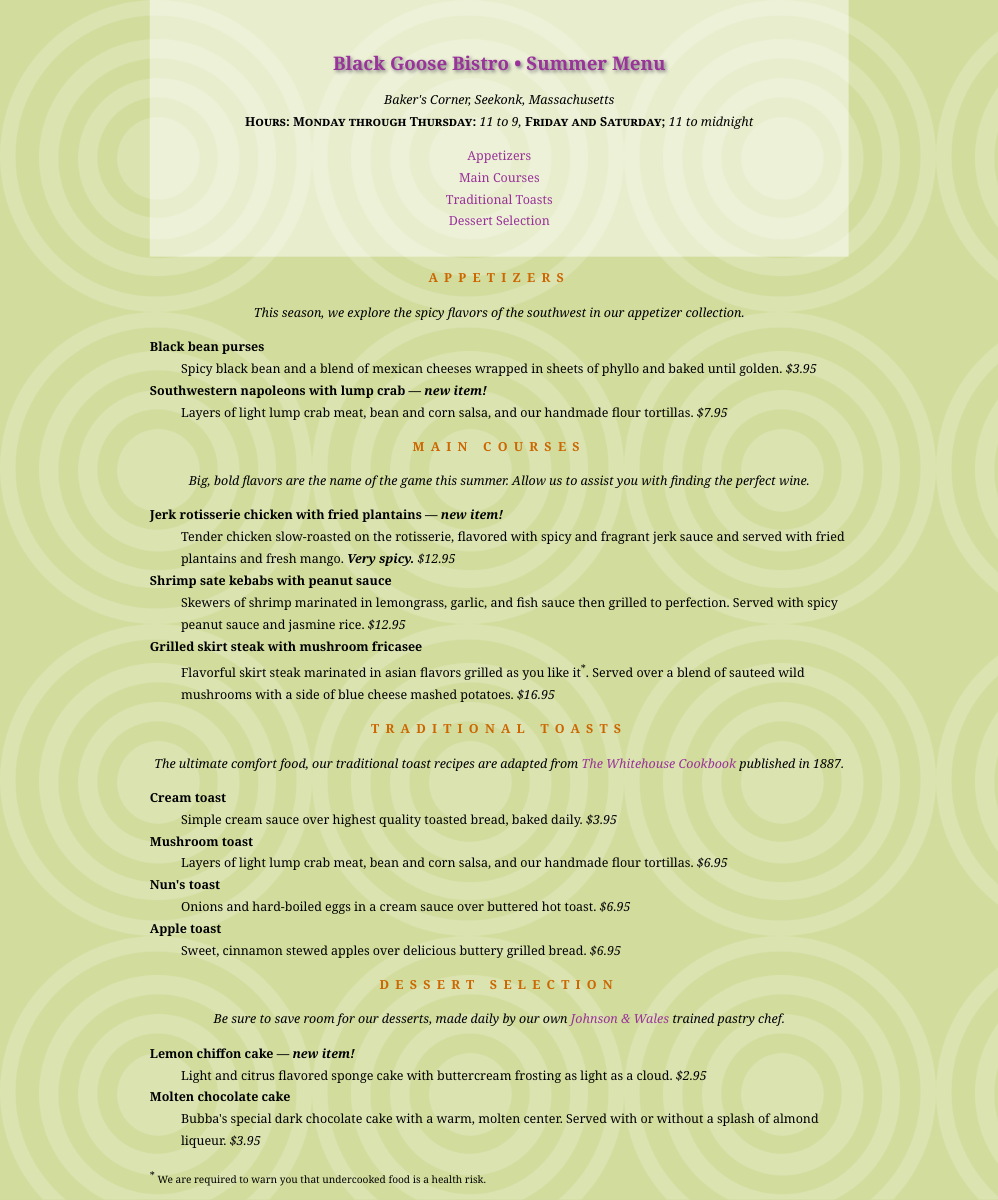
Repository: Colo-Codes/code-practice
Page: 02-css-practice-3.html
These files come from the project's save history. The page is drawn as it stood at one moment and after the next save; the edit follows.
The browser window is 1280 px wide. The pictures show the whole page, at 78% of full size.
Some web fonts or font styles are not loaded; a fallback is used.

Above is the page before, as saved 2021-05-06 12:55:30.

### 02-css-practice-3.html
<!DOCTYPE html >
<html>

<head>
<meta charset="utf-8">
<title>Black Goose Bistro Summer Menu</title>
<link href='http://fonts.googleapis.com/css?family=Marko+One' rel='stylesheet' type='text/css'>
<style>
body {
  font-family: Georgia, serif;
  font-size: 100%;
  line-height: 175%;
  margin: 0 15% 0;
  background-color: #d2dc9d;
  background-image: url(./assets/img/bullseye.png);
}
header {
  margin-top: 0;
  padding: 3em 1em 2em 1em;
  text-align: center;
  background-color: rgba(255, 255, 255, .5);
}

/* For link, the order is important */
a {
  text-decoration: none;
  color: #939;
}
a:visited {
  color: #937393;
}
a:focus {
  color: #c700f2;
  background-color: #fff;
}
a:hover {
  color: #c700f2;
  background-color: #fff;
}
a:active {
  color: #f0f;
  background-color: rgba(255, 255, 255, .5);
}


h1 {
  font: bold 1.5em Georgia, serif;
  text-shadow: .1em .1em .2em gray;
  color: #939;
}
h2 {
  font-size: 1em;
  text-transform: uppercase;
  letter-spacing: .5em;
  text-align: center;
  color: #c60;
}
dt {
  font-weight: bold;
}
strong {
  font-style: italic;
}
ul {
	list-style-type: none;
	margin: 0;
	padding: 0;
}
#info p {
  font-style: italic;
}
.price {
  font-family: Georgia, serif;
  font-style: italic;
}
p.warning, sup {
  font-size: small;
}
.label {
  font-weight: bold;
  font-variant: small-caps;
  font-style: normal;
}

h2 + p {
  text-align: center;
  font-style: italic;
}


</style>
</head>

<body>

<header>
<h1>Black Goose Bistro &bull; Summer Menu</h1>

<div id="info">
<p>Baker's Corner, Seekonk, Massachusetts<br>
<span class="label">Hours: Monday through Thursday:</span> 11 to 9, <span class="label">Friday and Saturday;</span> 11 to midnight</p>
<ul>
<li><a href="#appetizers">Appetizers</a></li>
<li><a href="#entrees">Main Courses</a></li>
<li><a href="#toast">Traditional Toasts</a></li>
<li><a href="#dessert">Dessert Selection</a></li>
</ul>
</div>
</header>

<section id="appetizers">
<h2>Appetizers</h2>
<p>This season, we explore the spicy flavors of the southwest in our appetizer collection.</p>

<dl>
<dt>Black bean purses</dt>
<dd>Spicy black bean and a blend of mexican cheeses wrapped in sheets of phyllo and baked until golden. <span class="price">$3.95</span></dd>

<dt class="newitem">Southwestern napoleons with lump crab &mdash; <strong>new item!</strong></dt>
<dd>Layers of light lump crab meat, bean and corn salsa, and our handmade flour tortillas. <span class="price">$7.95</span></dd>
</dl>
</section>

<section id="entrees">

<h2>Main courses</h2>
<p>Big, bold flavors are the name of the game this summer. Allow us to assist you with finding the perfect wine.</p>


<dl>

<dt class="newitem">Jerk rotisserie chicken with fried plantains &mdash; <strong>new item!</strong></dt>
<dd>Tender chicken slow-roasted on the rotisserie, flavored with spicy and fragrant jerk sauce and served with fried plantains and fresh mango. <strong>Very spicy.</strong> <span class="price">$12.95</span></dd>

<dt>Shrimp sate kebabs with peanut sauce</dt>
<dd>Skewers of shrimp marinated in lemongrass, garlic, and fish sauce then grilled to perfection. Served with spicy peanut sauce and jasmine rice. <span class="price">$12.95</span></dd>

<dt>Grilled skirt steak with mushroom fricasee</dt>
<dd>Flavorful skirt steak marinated in asian flavors grilled as you like it<sup>*</sup>. Served over a blend of sauteed wild mushrooms with a side of blue cheese mashed potatoes. <span class="price">$16.95</span></dd>
</dl>

</section>

<section id="toast">
<h2>Traditional Toasts</h2>
<p>The ultimate comfort food, our traditional toast recipes are adapted from <a href="http://www.gutenberg.org/files/13923/13923-h/13923-h.htm"><cite>The Whitehouse Cookbook</cite></a> published in 1887.</p>

<dl>
<dt>Cream toast</dt>
<dd>Simple cream sauce over highest quality toasted bread, baked daily. <span class="price">$3.95</span></dd>

<dt>Mushroom toast</dt>
<dd>Layers of light lump crab meat, bean and corn salsa, and our handmade flour tortillas. <span class="price">$6.95</span></dd>

<dt>Nun's toast</dt>
<dd>Onions and hard-boiled eggs in a cream sauce over buttered hot toast. <span class="price">$6.95</span></dd>

<dt>Apple toast</dt>
<dd>Sweet, cinnamon stewed apples over delicious buttery grilled bread. <span class="price">$6.95</span></dd>
</dl>
</section>

<section id="dessert">
<h2>Dessert Selection</h2>
<p>Be sure to save room for our desserts, made daily by our own <a href="http://www.jwu.edu/college.aspx?id=19510">Johnson & Wales</a> trained pastry chef.</p>

<dl>
<dt class="newitem">Lemon chiffon cake &mdash; <strong>new item!</strong></dt>
<dd>Light and citrus flavored sponge cake with buttercream frosting as light as a cloud. <span class="price">$2.95</span></dd>

<dt class="newitem">Molten chocolate cake</dt>
<dd>Bubba's special dark chocolate cake with a warm, molten center. Served with or without a splash of almond liqueur. <span class="price">$3.95</span></dd>
</dl>
</section>

<footer>
<p class="warning"><sup>*</sup> We are required to warn you that undercooked food is a health risk.</p>
</footer>

</body>
</html>

After the next save:
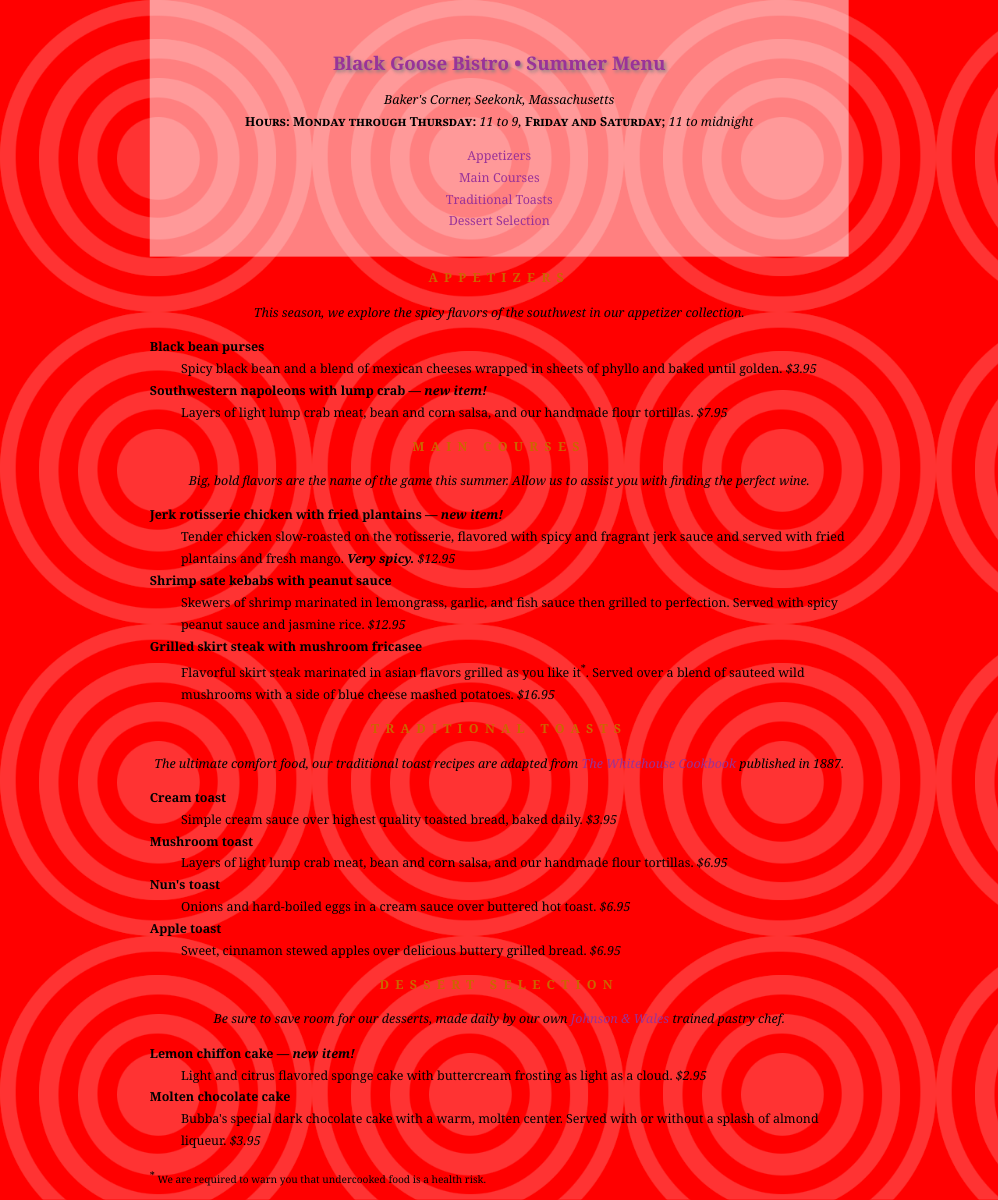
Saved 40 s later.
--- a/02-css-practice-3.html
+++ b/02-css-practice-3.html
@@ -11,7 +11,8 @@ body {
   font-size: 100%;
   line-height: 175%;
   margin: 0 15% 0;
-  background-color: #d2dc9d;
+  /* background-color: #d2dc9d; */
+  background-color: #f00;
   background-image: url(./assets/img/bullseye.png);
 }
 header {

After the save that followed:
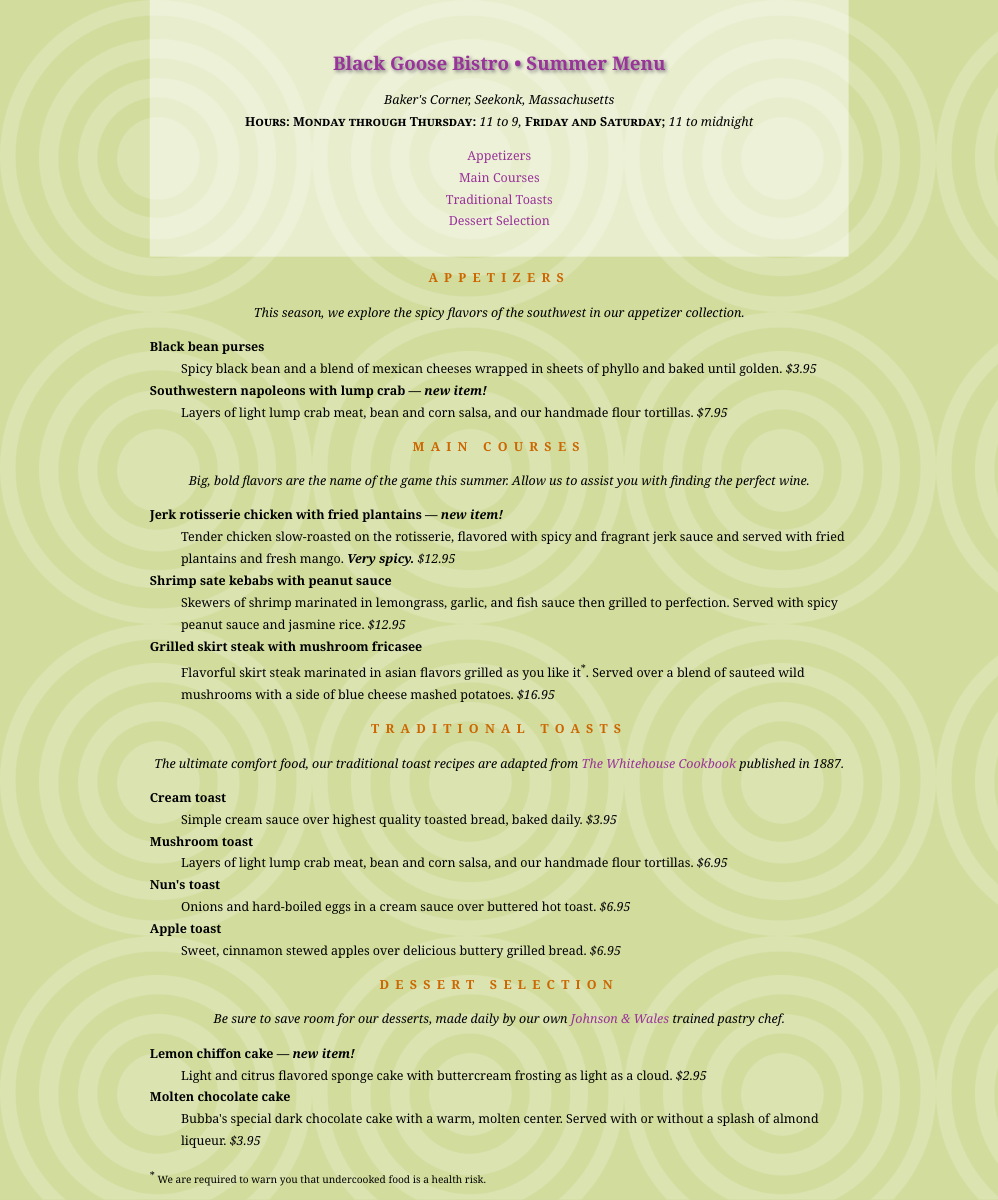
Saved 10 s later.
--- a/02-css-practice-3.html
+++ b/02-css-practice-3.html
@@ -11,8 +11,7 @@ body {
   font-size: 100%;
   line-height: 175%;
   margin: 0 15% 0;
-  /* background-color: #d2dc9d; */
-  background-color: #f00;
+  background-color: #d2dc9d;
   background-image: url(./assets/img/bullseye.png);
 }
 header {
